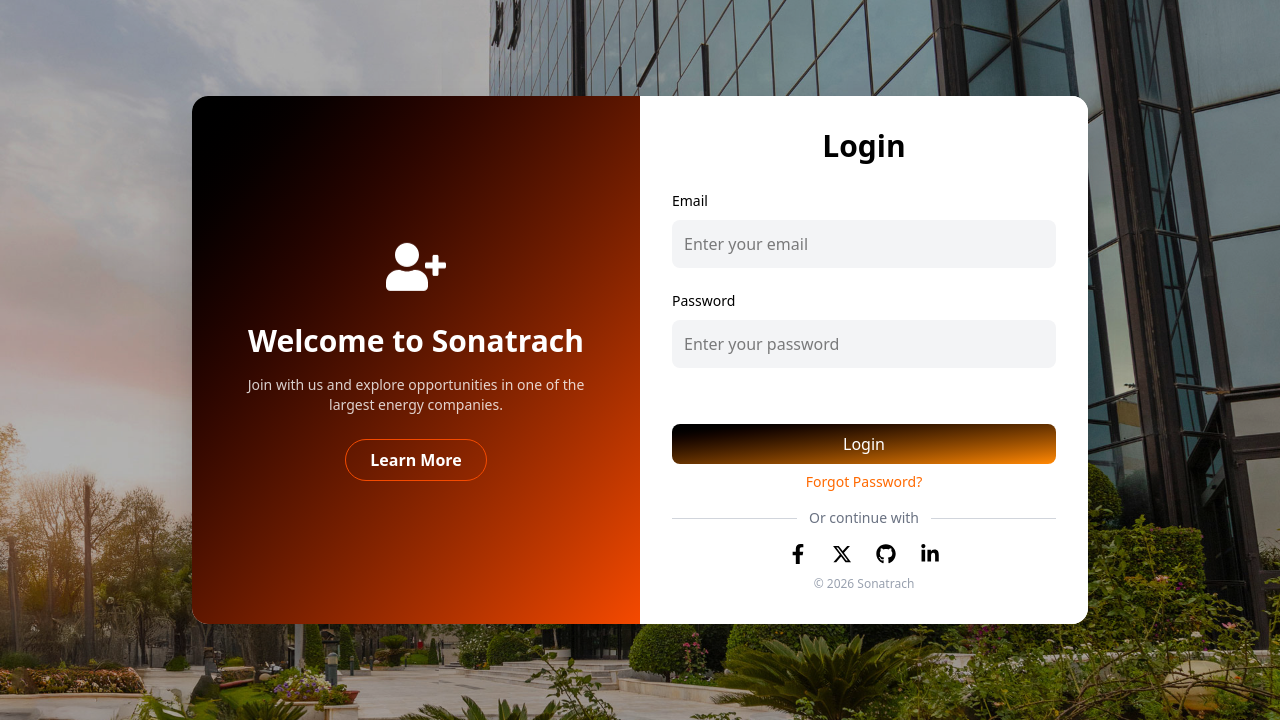
Repository: wassimlahlah/sonatrach
Page: / (app in frontend/)
An editor plug-in stored every save of this project. The page is shown before and after the next save, followed by the edit.
The browser window is 1280 px wide. The pictures show the whole page.
The project was rebuilt for these pictures with package versions that can differ from the ones it lists, and the page was loaded fresh each time. Also part of the build but not shown: frontend/vite.config.ts, frontend/src/pages/Home.jsx, frontend/src/pages/Sign.jsx, frontend/src/context/services/contractService.jsx, frontend/src/pages/Contract.jsx, frontend/src/pages/Sold.jsx, frontend/src/pages/Invoice.jsx, frontend/src/component/Navbar.jsx and 10 more.

Above is the page before, as saved 2026-04-05 09:12:42.

### frontend/index.html
<!doctype html>
<html lang="en">
  <head>
    <meta charset="UTF-8" />
    <link rel="icon" href="/logo-sonatrach-white-text.svg" />
    <meta name="viewport" content="width=device-width, initial-scale=1.0" />
    <title>Sonatrach</title>
  </head>
  <body>
    <div id="root"></div>
    <script type="module" src="/src/main.jsx"></script>
  </body>
</html>

### frontend/src/main.jsx
import { StrictMode } from 'react'
import { createRoot } from 'react-dom/client'
import { BrowserRouter } from "react-router-dom";
import App from './App.jsx'
import AuthProvider from './context/AuthContext.jsx';
import '@fortawesome/fontawesome-free/css/all.min.css';

createRoot(document.getElementById('root')).render(
  <StrictMode>
    <BrowserRouter>
      <AuthProvider>
      <App />
    </AuthProvider>
    </BrowserRouter>
  </StrictMode>
)

### frontend/src/App.jsx
import { Routes, Route, Outlet } from "react-router-dom";
import { Toaster } from "react-hot-toast";
import "./App.css";
import Login from "./pages/Login";
import Home from "./pages/Home";
import Sign from "./pages/Sign";
import ContractsList from "./pages/Contract"
import SoldList from "./pages/Sold";
import Invoice from "./pages/Invoice";
import Navbar from "./component/Navbar";
import Bills from "./pages/Bills";
import Notifications from "./pages/Notifications";
import ProtectedRoute from "./component/ProtectedRoute";
import SuperAdminRoute from "./component/SuperAdminRoute";
import AddProductType from "./component/AddProductType";
import EditProductType from "./component/EditProductType";
import AddContract from "./component/AddContract";
import AddProduct from "./component/AddProduct";
import EditProduct from "./component/EditProduct";

/* Layout */
function Layout() {
  return (
    <div className="relative z-50">
      <Navbar />
      <Outlet />
    </div>
  );
}

function App() {
  return (
    <div className="relative min-h-screen">
      {/* Background */}
      <img
        src="/SONATRACH-SIEGE-2025-WEB.jpg"
        alt=""
        className="absolute inset-0 w-full h-full object-cover"
      />
      <div className="absolute inset-0 bg-black/30"></div>
      <Toaster position="bottom-right" />

      <Routes>
        {/* Public */}
        <Route path="/" element={<Login />} />

        {/* Protected Layout */}
        <Route
          element={
            <ProtectedRoute>
              <Layout />
            </ProtectedRoute>
          }
        >
          <Route
            path="/Sign"
            element={
              <SuperAdminRoute>
                <Sign />
              </SuperAdminRoute>
            }
          />
          <Route path="/AddProduct" element={
            <SuperAdminRoute>
              <AddProduct />
            </SuperAdminRoute>} />
            <Route path="/AddProductType" element={
            <SuperAdminRoute>
              <AddProductType />
            </SuperAdminRoute>} />

            <Route path="/EditProduct/:id" element={
            <SuperAdminRoute>
              <EditProduct />
            </SuperAdminRoute>} />

          <Route path="/EditProductType/:id" element={
            <SuperAdminRoute>
              <EditProductType />
            </SuperAdminRoute>} />

          <Route path="/Home" element={<Home />} />
          <Route path="/Contracts" element={<ContractsList />} />
          <Route path="/Sold" element={<SoldList />} />
          <Route path="/Invoices" element={<Invoice />} />
          <Route path="/Bills" element={<Bills />} />
          <Route path="/Notifications" element={<Notifications />} />
          <Route path="/AddContract" element={<AddContract />} />
        </Route>
      </Routes>
    </div>
  );
}

export default App;

### frontend/src/context/AuthContext.jsx
import { createContext, useEffect, useState } from "react";
import api from "../api/axios";
import { jwtDecode } from "jwt-decode";

export const AuthContext = createContext(null);

export default function AuthProvider({ children }) {
  const [user, setUser] = useState(null);
  const [loading, setLoading] = useState(true);

  // ✅ Restore user from token
  useEffect(() => {
    const token = localStorage.getItem("token");

    if (token) {
      try {
        const decoded = jwtDecode(token);
        setUser(decoded);
      } catch (e) {
        localStorage.removeItem("token");
      }
    }
    setLoading(false);
  }, []);

  // ✅ SIGN UP
  async function signUp(data) {
    try {
      await api.post("/client/signUp/", {
        firstName: data.firstName,
        lastName: data.lastName,
        email: data.email,
        password: data.password,
        phoneNumber: data.phoneNumber,
      });


      return { success: true ,message: "Registration successful.Please check your email to verify your account."};
    } catch (err) {
  return { success: false, error: err.response?.data };
}
  }

  // ✅ LOGIN (JWT from backend)
  async function login(email, password) {
    try {
      const res = await api.post("/client/login/", {
        email,
        password,
      });

      const accessToken = res.data.access;
      const refreshToken = res.data.refresh;

      localStorage.setItem("token", accessToken);
      localStorage.setItem("refreshToken", refreshToken);

      const decoded = jwtDecode(accessToken);
      setUser(decoded);

      return { success: true, message: "Login successful" };
    } catch (err) {
      return {
        success: false,
        error: err.response?.data?.message || "Login failed",
      };
    }
  }

  // ✅ LOGOUT
  function logout() {
    localStorage.removeItem("token");
    setUser(null);
  }

  return (
    <AuthContext.Provider
      value={{ signUp, login, logout, user,loading }}
    >
      {children}
    </AuthContext.Provider>
  );
}

### frontend/src/pages/Login.jsx
import { useContext, useState } from "react";
import { useForm } from "react-hook-form";
import {
  FaFacebookF,
  FaGithub,
  FaLinkedinIn,
  FaUserPlus,
} from "react-icons/fa";
import { FaXTwitter } from "react-icons/fa6";
import { Link, useNavigate } from "react-router-dom";
import { AuthContext } from "../context/AuthContext";
import toast from "react-hot-toast";

export default function Login() {
  const { login, user } = useContext(AuthContext);
  const navigate = useNavigate();
  const [authError, setAuthError] = useState(null);
  const [loading, setLoading] = useState(false);

  const {
    register,
    handleSubmit,
    formState: { errors },
  } = useForm();

  async function onSubmit(data) {
    setLoading(true);
    const result = await login(data.email, data.password);

    try {
      if (result.success) {
        toast.success("Login successful");
        navigate("/Home");
      } else {
        setAuthError(result.error);
        toast.error("Login failed");
      }
    } catch (err) {
      toast.error(authError||"Failed to load contracts");
    } finally {
      setLoading(false);
    }
  }


  return (
    <div className="min-h-screen relative flex items-center justify-center z-10 p-4">
      <form
        onSubmit={handleSubmit(onSubmit)}
        className="w-full max-w-4xl bg-white rounded-2xl shadow-2xl overflow-hidden flex flex-col md:flex-row
      "
      >
        {/* LEFT SIDE */}
        <div className="w-full md:w-1/2 bg-gradient-to-br from-black to-orange-600 text-white p-6 md:p-8 flex flex-col justify-center items-center text-center">
          <FaUserPlus className="text-5xl md:text-6xl mb-6 animate-bounce" />

          <h2 className="text-2xl md:text-3xl font-bold mb-4">
            Welcome to Sonatrach
          </h2>

          <p className="mb-6 text-sm md:text-md max-w-sm text-white/80">
            Join with us and explore opportunities in one of the largest energy
            companies.
          </p>

          <Link
            to="#"
            className="px-6 py-2 font-semibold rounded-full border border-orange-600 hover:bg-orange-600 transition"
          >
            Learn More
          </Link>
        </div>

        {/* RIGHT SIDE */}
        <div className="w-full md:w-1/2 bg-white text-black p-6 md:p-8 flex flex-col justify-center">
          <h2 className="text-2xl md:text-3xl font-bold mb-6 text-center">
            Login
          </h2>

          {/* EMAIL */}
          <div className="mb-3">
            <label className="text-sm font-medium">Email</label>
            <input
              type="email"
              placeholder="Enter your email"
              className="w-full mt-2 p-3 bg-gray-100 rounded-lg outline-none focus:ring-2 focus:ring-orange-500"
              {...register("email", {
                required: "Email is required",
              })}
            />
            <div className="relative top-0 mb-2">
              {errors.email && (
                <p className="absolute top-0 left-0 right-0 text-red-500 text-sm">{errors.email.message}</p>
              )}
            </div>
          </div>

          {/* PASSWORD */}
          <div className="mb-3">
            <label className="text-sm font-medium">Password</label>
            <input
              type="password"
              placeholder="Enter your password"
              className="w-full mt-2 p-3 bg-gray-100 rounded-lg outline-none focus:ring-2 focus:ring-orange-500"
              {...register("password", {
                required: "Password is required",
              })}
            />
            <div className="relative top-0 mb-2">
              {errors.password && (
                <p className="absolute top-0 left-0 right-0 text-red-500 text-sm">{errors.password.message}</p>
              )}
            </div>
          </div>
          <div className="relative top-0 mb-3">
            {authError && (
              <div className="absolute top-0 left-0 right-0 flex items-center justify-center text-red-500 text-sm">
                {authError}
              </div>
            )}
          </div>

          {/* BUTTON */}
          <button
            onClick={handleSubmit}
            disabled={loading}
            className={`w-full mt-6 py-2 rounded-lg text-white transition
               ${loading
                ? "bg-gray-500 cursor-not-allowed"
                : "bg-gradient-to-br from-black to-orange-400 hover:from-black hover:to-orange-600"}
           `}
          >
            {loading ? "Loading..." : "Login"}
          </button>

          <div className="flex items-center text-sm text-orange-500 mt-2 justify-center">
            <Link to="#">Forgot Password?</Link>
          </div>

          {/* CREATE ACCOUNT */}
          {user?.role === "superAdmin" && (
            <div className="flex justify-center mt-3">
              <Link
                to="/sign"
                className="px-6 py-2 rounded-full border border-orange-500 text-orange-500 hover:bg-orange-800/10 transition"
              >
                Create an account
              </Link>
            </div>
          )}

          {/* DIVIDER */}
          <div className="flex items-center my-4">
            <hr className="flex-1 border-gray-300" />
            <span className="mx-3 text-sm text-gray-500">Or continue with</span>
            <hr className="flex-1 border-gray-300" />
          </div>

          {/* SOCIAL */}
          <div className="flex justify-center gap-6 text-lg md:text-xl mb-3">
            <FaFacebookF className="cursor-pointer hover:text-blue-700 transition" />
            <FaXTwitter className="cursor-pointer hover:text-gray-700 transition" />
            <FaGithub className="cursor-pointer hover:text-gray-700 transition" />
            <FaLinkedinIn className="cursor-pointer hover:text-blue-600 transition" />
          </div>

          <span className="text-center text-xs text-gray-400">
            © 2026 Sonatrach
          </span>
        </div>
      </form>
    </div>
  );
}

### frontend/src/api/axios.jsx
import axios from "axios";

const api = axios.create({
  baseURL: "http://127.0.0.1:8000",
});


// Request interceptor (add access token)
api.interceptors.request.use((config) => {
  const token = localStorage.getItem("access");

  if (token) {
    config.headers.Authorization = `Bearer ${token}`;
  }

  return config;
});


// Response interceptor (refresh token)
api.interceptors.response.use(
  (response) => response,
  async (error) => {
    const originalRequest = error.config;

    if (
      error.response &&
      error.response.status === 401 &&
      !originalRequest._retry
    ) {
      originalRequest._retry = true;

      try {
        const refresh = localStorage.getItem("refresh");

        if (!refresh) throw new Error("No refresh token");

        const res = await axios.post(
          "http://127.0.0.1:8000/client/refresh/",
          { refresh }
        );

        const newAccess = res.data.access;

        localStorage.setItem("access", newAccess);

        // update header
        api.defaults.headers.Authorization = `Bearer ${newAccess}`;
        originalRequest.headers.Authorization = `Bearer ${newAccess}`;

        return api(originalRequest);
      } catch (err) {
        console.log("Refresh failed", err);

        localStorage.removeItem("access");
        localStorage.removeItem("refresh");
      }
    }

    return Promise.reject(error);
  }
);

export default api;

Loaded but not shown: frontend/src/App.css (common file)

After the next save:
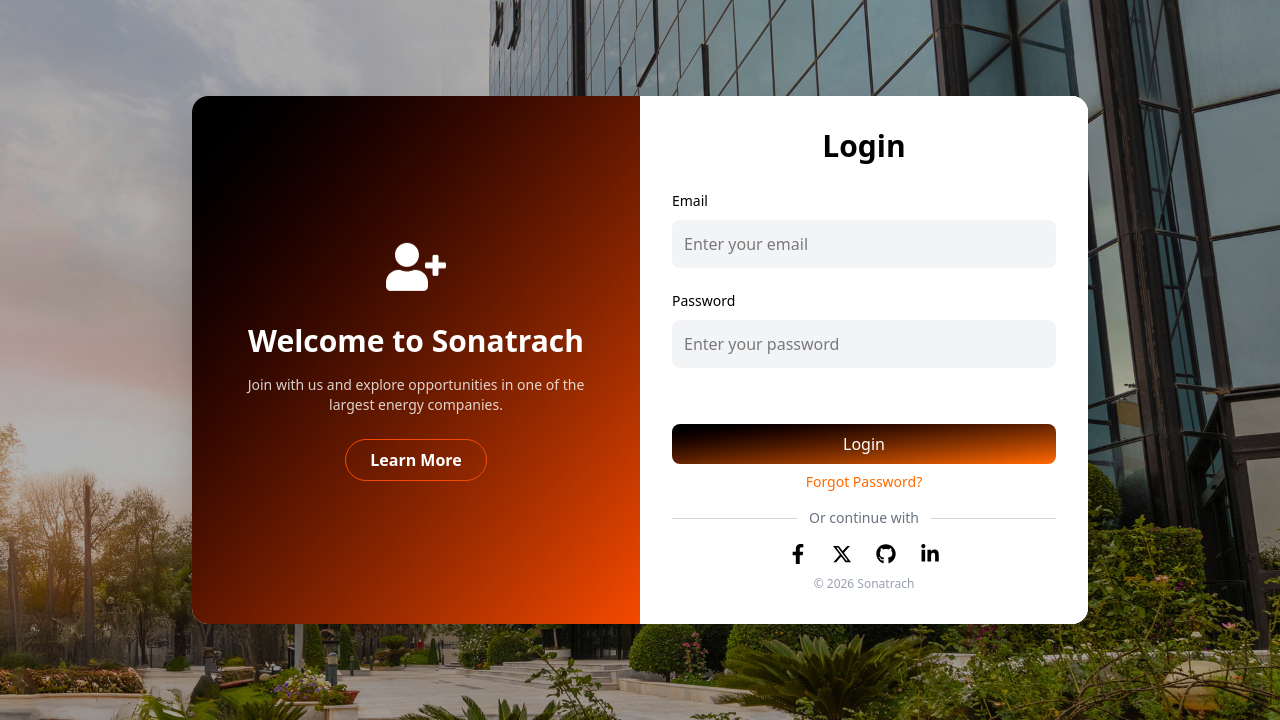
Saved 14 s later.
--- a/frontend/src/pages/Login.jsx
+++ b/frontend/src/pages/Login.jsx
@@ -127,7 +127,7 @@
             className={`w-full mt-6 py-2 rounded-lg text-white transition
                ${loading
                 ? "bg-gray-500 cursor-not-allowed"
-                : "bg-gradient-to-br from-black to-orange-400 hover:from-black hover:to-orange-600"}
+                : "bg-gradient-to-br from-black to-orange-500 hover:from-black hover:to-orange-600"}
            `}
           >
             {loading ? "Loading..." : "Login"}
